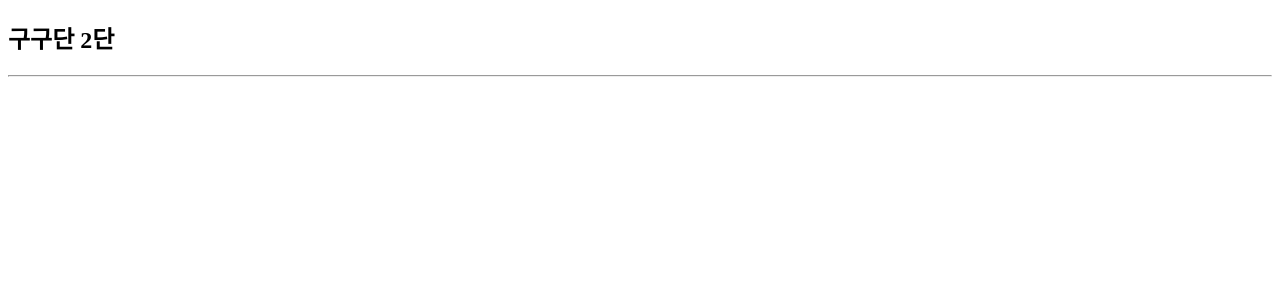
Repository: Andante8989/jsp_practice
Page: http://localhost/JSPBasic/jsptag/scriptlet.jsp
The author's editor kept a copy of each file at every save. The page is drawn from the files as they stood at one save, then again after the next save.
The browser window is 1280 px wide. The pictures show the whole page.
The page is served by Tomcat 9.

Above is the page before, as saved 2022-03-22 11:21:17.

### JSPBasic/src/main/webapp/jsptag/scriptlet.jsp
<%@ page language="java" contentType="text/html; charset=UTF-8"
    pageEncoding="UTF-8"%>
<!DOCTYPE html>
<html>
<head>
<meta charset="UTF-8">
<title>Insert title here</title>
</head>
<body>
	<% System.out.println("콘솔에 메세지를 찍을때는 System.out.println()을 씁니다."); %>
	<h2>구구단 2단</h2><hr/>
</body>
</html>

After the next save:
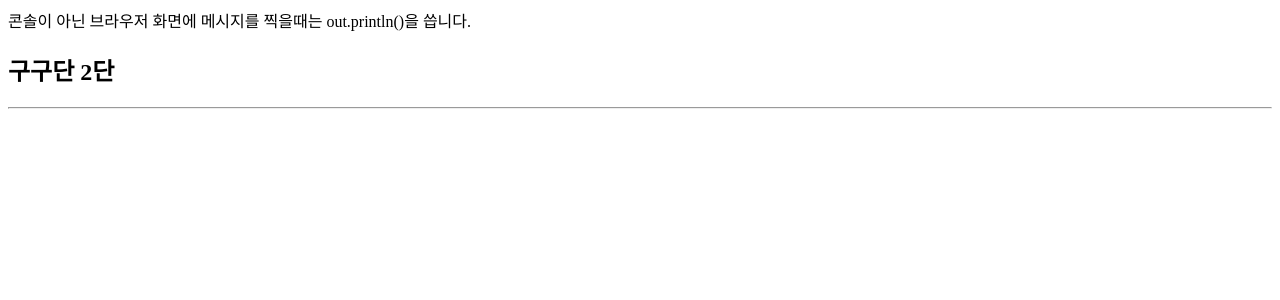
Saved 2 min 58 s later.
--- a/JSPBasic/src/main/webapp/jsptag/scriptlet.jsp
+++ b/JSPBasic/src/main/webapp/jsptag/scriptlet.jsp
@@ -7,7 +7,8 @@
 <title>Insert title here</title>
 </head>
 <body>
-	<% System.out.println("콘솔에 메세지를 찍을때는 System.out.println()을 씁니다."); %>
+	<% System.out.println("콘솔에 메세지를 찍을때는 System.out.println()을 씁니다.");
+	out.println("콘솔이 아닌 브라우저 화면에 메시지를 찍을때는 out.println()을 씁니다.");  %>
 	<h2>구구단 2단</h2><hr/>
 </body>
 </html>
